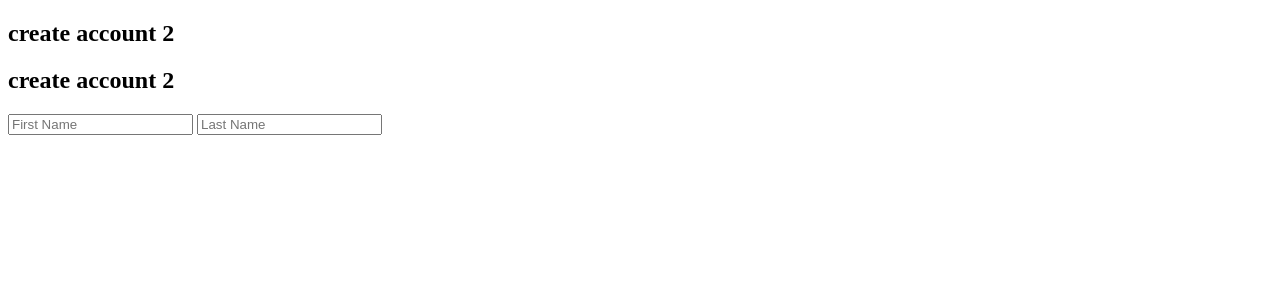
Repository: KolawoleTemilade/classroom-learning
Page: introducingDom/index.html
These files come from the project's save history. The page is drawn as it stood at one moment and after a run of saves; the edit follows.
The browser window is 1280 px wide. The pictures show the whole page.

Above is the page before, as saved 2025-09-25 00:17:55.

After the next 2 saves:
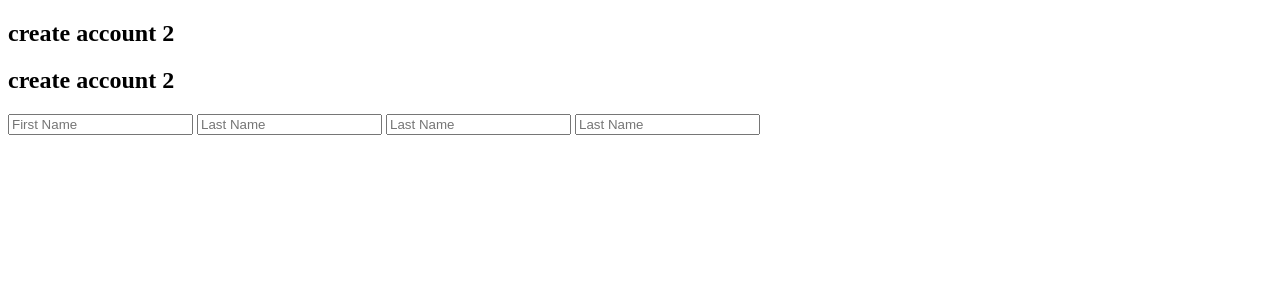
The 2 saves are shown as one change because they came seconds apart.
The last was saved 50 s later.
--- a/introducingDom/index.html
+++ b/introducingDom/index.html
@@ -15,6 +15,8 @@
       placeholder="First Name"
     />
     <input type="text" id="userLastName" placeholder="Last Name" />
+    <input type="text" id="userLastName" placeholder="Last Name" />
+    <input type="text" id="userLastName" placeholder="Last Name" />
 
     <script src="./dom.js"></script>
   </body>
